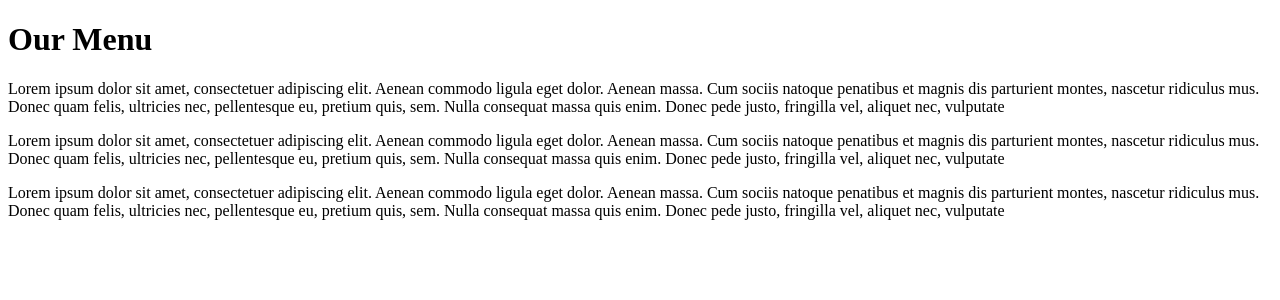
Repository: Normandy72/module2-solution
Page: index.html
An editor plug-in stored every save of this project. The page is shown before and after the next save, followed by the edit.
The browser window is 1280 px wide. The pictures show the whole page.

Above is the page before, as saved 2022-12-05 14:36:10.

After the next save:
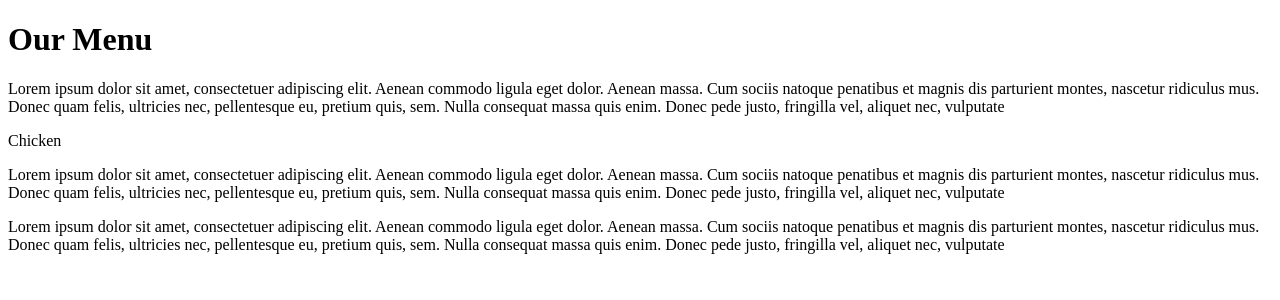
Saved 43 s later.
--- a/index.html
+++ b/index.html
@@ -11,7 +11,7 @@
     <h1>Our Menu</h1>
     <div>
         <p>Lorem ipsum dolor sit amet, consectetuer adipiscing elit. Aenean commodo ligula eget dolor. Aenean massa. Cum sociis natoque penatibus et magnis dis parturient montes, nascetur ridiculus mus. Donec quam felis, ultricies nec, pellentesque eu, pretium quis, sem. Nulla consequat massa quis enim. Donec pede justo, fringilla vel, aliquet nec, vulputate</p>
-        <div></div>
+        <div>Chicken</div>
     </div>
     <div>
         <p>Lorem ipsum dolor sit amet, consectetuer adipiscing elit. Aenean commodo ligula eget dolor. Aenean massa. Cum sociis natoque penatibus et magnis dis parturient montes, nascetur ridiculus mus. Donec quam felis, ultricies nec, pellentesque eu, pretium quis, sem. Nulla consequat massa quis enim. Donec pede justo, fringilla vel, aliquet nec, vulputate</p>
